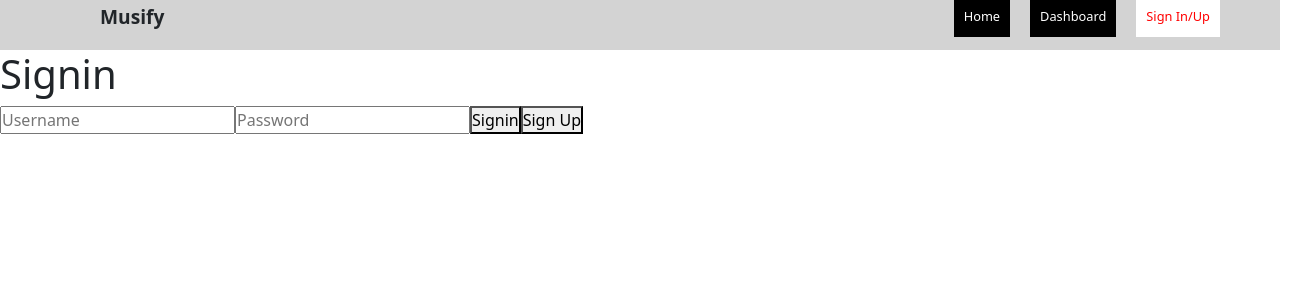
Repository: yuqiant/musify
Page: /dashboard (app in musify/)
An editor plug-in stored every save of this project. The page is shown before and after the next save, followed by the edit.
The browser window is 1280 px wide. The page is 1292 px wide, so the pictures cover 1292 px, including what lies to the right of the window. The pictures show the whole page.
The page's requests for data from a server got no answer. The project was rebuilt for these pictures with package versions that can differ from the ones it lists, and the page was loaded fresh each time. No one was signed in, and anything a server would have sent is missing. Also part of the build but not shown: musify/src/App.css, musify/src/result/index.js, musify/src/details/index.js, musify/src/home/index.js, musify/src/users/accountpage.js, musify/src/users/account.css, musify/src/users/account.js, musify/src/users/table.js and 5 more.

Above is the page before, as saved 2023-12-10 00:51:57.

After the next save:
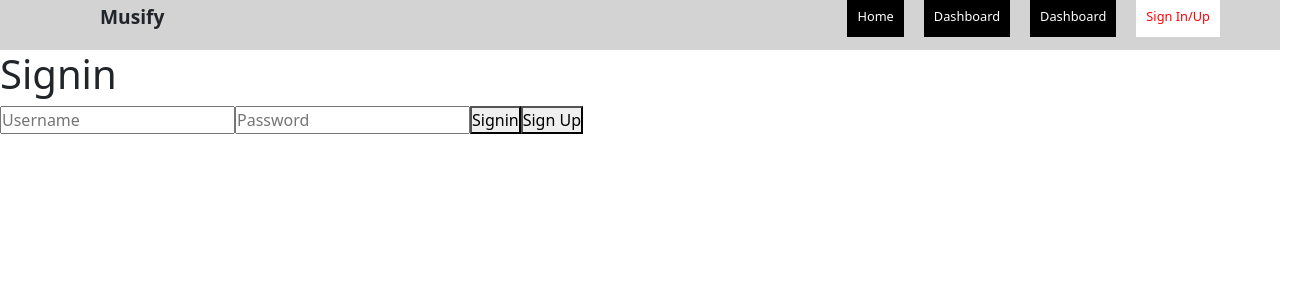
Saved 3 min 35 s later.
--- a/musify/src/navbar/index.js
+++ b/musify/src/navbar/index.js
@@ -35,6 +35,11 @@
                     </NavLink>
                 </li>
                 <li className="list-group-item">
+                    <NavLink to={`admin/dashboard`} activeClassName="active" onClick={handleDashboardClick}>
+                        Dashboard
+                    </NavLink>
+                </li>
+                <li className="list-group-item">
                     {isAuthenticated ? (
                         <NavLink to={`/profile/`} activeClassName="active">
                             Profile

After the save that followed:
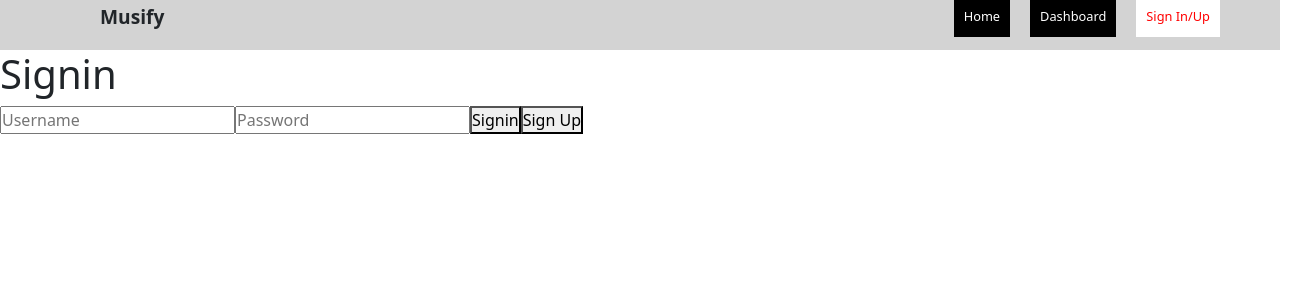
Saved 18 s later.
--- a/musify/src/navbar/index.js
+++ b/musify/src/navbar/index.js
@@ -34,11 +34,11 @@
                         Dashboard
                     </NavLink>
                 </li>
-                <li className="list-group-item">
+                {/* <li className="list-group-item">
                     <NavLink to={`admin/dashboard`} activeClassName="active" onClick={handleDashboardClick}>
                         Dashboard
                     </NavLink>
-                </li>
+                </li> */}
                 <li className="list-group-item">
                     {isAuthenticated ? (
                         <NavLink to={`/profile/`} activeClassName="active">
